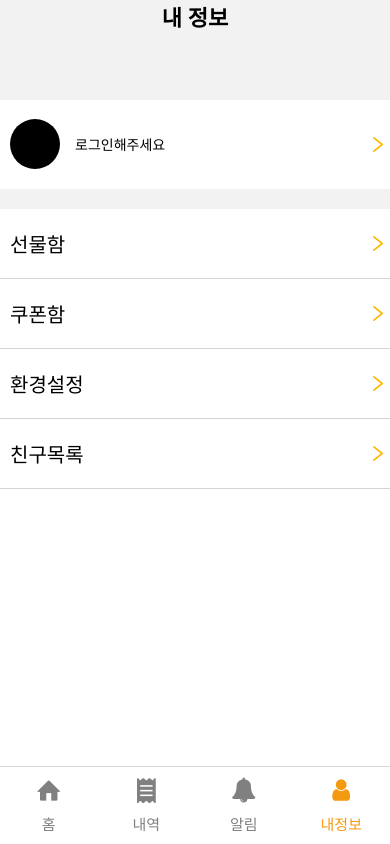
Repository: Unique0902/GachiDutch
Screen: /User
These files come from the project's save history. The screen is drawn as it stood at one moment and after the next save; the edit follows.
The app was drawn by React Native's web renderer in a window 390 px wide. The project was rebuilt for these pictures with package versions that can differ from the ones it lists, and the page was loaded fresh each time. Some packages were replaced by stand-ins written for this rebuild. Also part of the build but not shown: sources/components/lowBar/lowBar.jsx, sources/components/taxi/taxi.jsx, sources/components/alarm/alert.js, sources/components/alarm/alarm.jsx, sources/components/dutch_history/dutch_history.jsx, sources/components/dutchpay_historys/dutchpay_historys.jsx, sources/components/delivery_historys/delivery_historys.jsx, sources/components/taxi_historys/taxi_historys.jsx and 3 more.

Above is the screen before, as saved 2022-11-11 17:05:16.

After the next save:
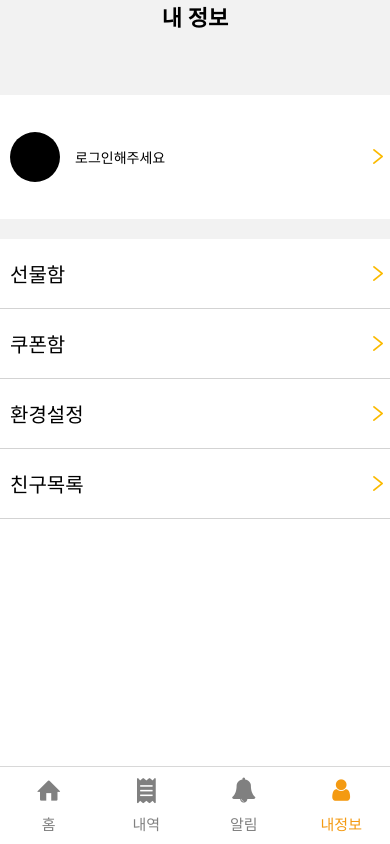
Saved 9 s later.
--- a/sources/components/user/user.jsx
+++ b/sources/components/user/user.jsx
@@ -147,7 +147,7 @@ const styles = StyleSheet.create({
     fontWeight: '500',
   },
   profileBtn: {
-    flex: 1,
+    flex: 1.5,
     marginTop: 20,
     padding: 5,
     paddingHorizontal: 10,
